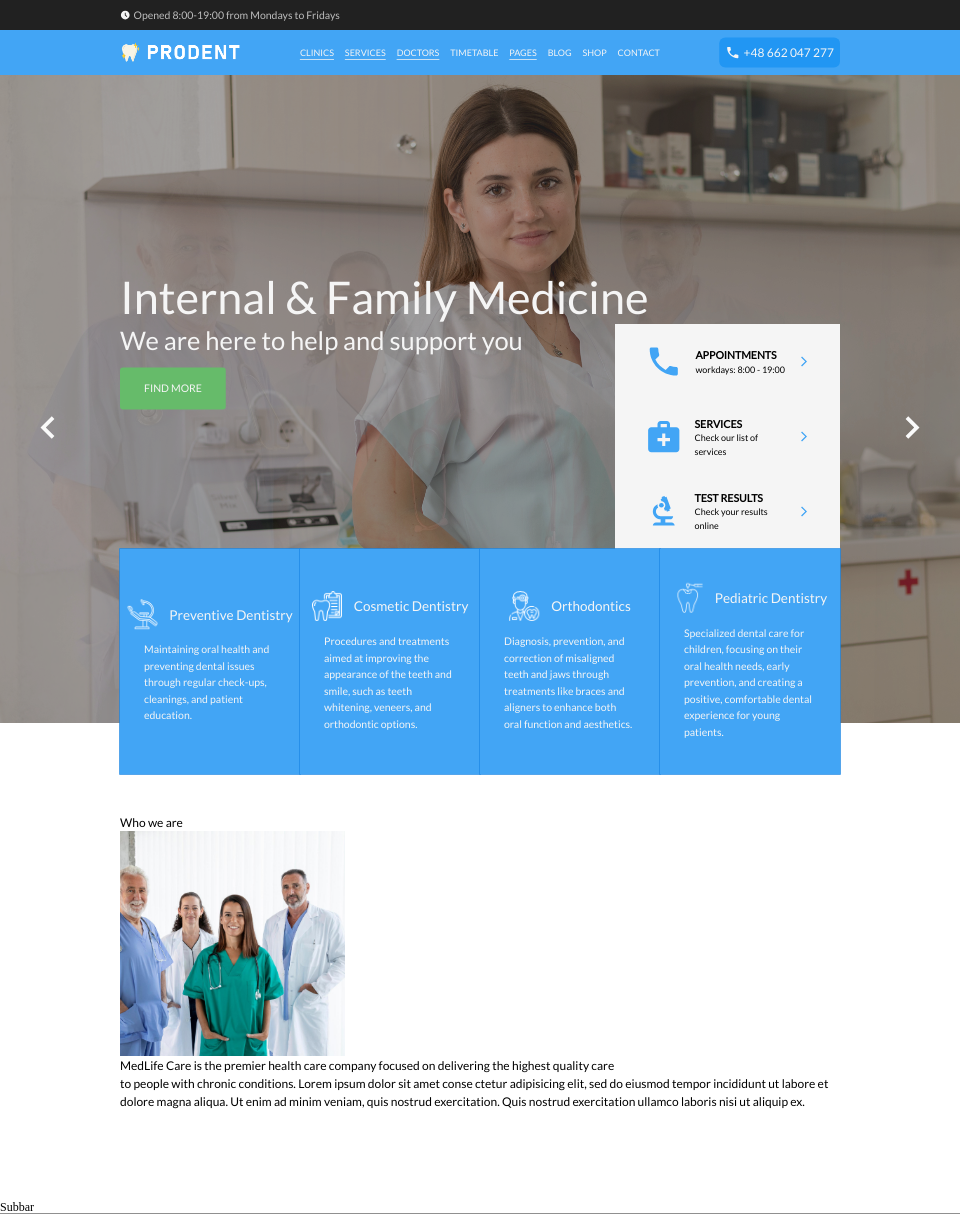
Repository: princ3-web/8
Page: /
An editor plug-in stored every save of this project. The page is shown before and after a run of saves, followed by the edit.
The browser window is 1280 px wide. The pictures show the whole page, at 75% of full size.
The project was rebuilt for these pictures with package versions that can differ from the ones it lists, and the page was loaded fresh each time. Also part of the build but not shown: vite.config.js, src/subpages/About.jsx, src/index.css.

Above is the page before, as saved 2023-11-02 15:14:30.

After the next 5 saves:
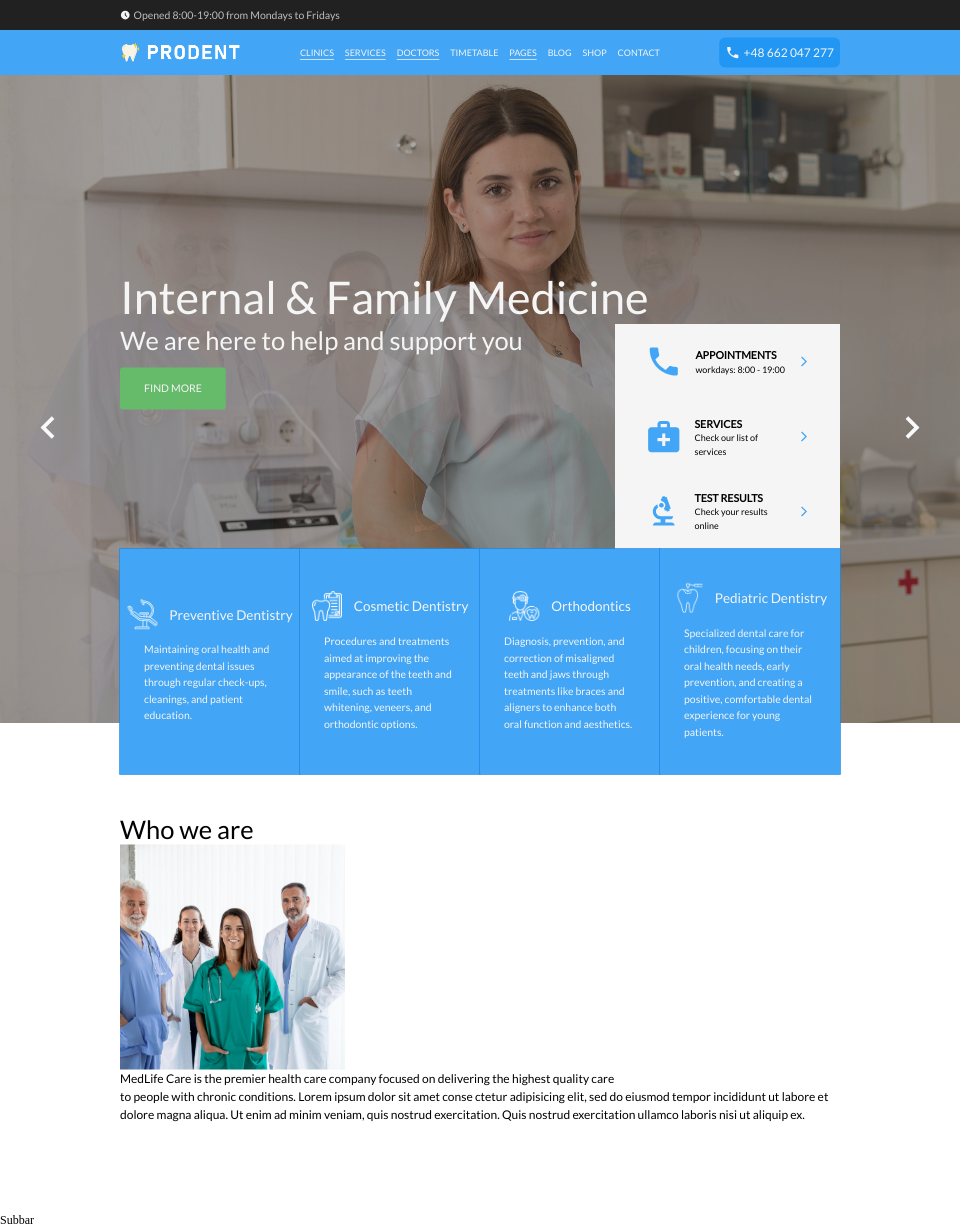
The 5 saves are shown as one change because they came seconds apart.
The last was saved 39 s later.
--- a/src/subpages/Home.jsx
+++ b/src/subpages/Home.jsx
@@ -233,7 +233,7 @@ const Home = () => {
       </Box>
       <Menu />
       <Box sx={{boxSizing:"border-box", px:"160px", py:"120px"}}>
-        <Typography>Who we are</Typography>
+        <Typography variant="h4">Who we are</Typography>
         <Box>
           <CardMedia component="img" src={image1} alt="" sx={{ width: "300px", height: "300px" }} />
           <Box>
